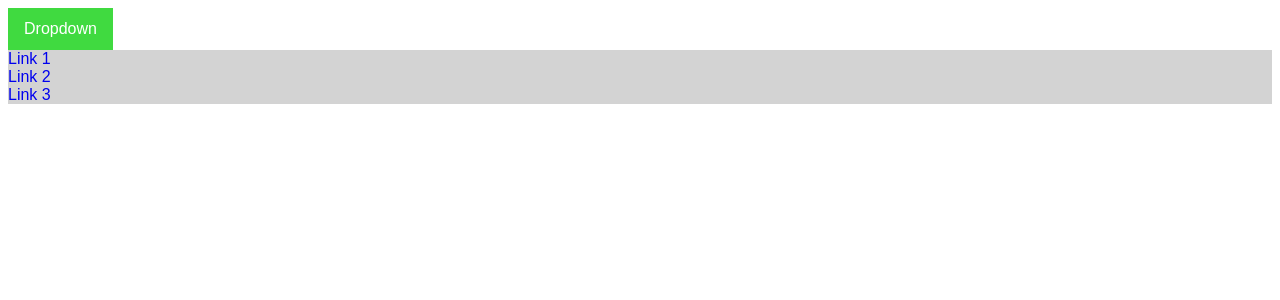
Repository: nvngon2604/Git
Page: web/index.html
An editor plug-in stored every save of this project. The page is shown before and after a run of saves, followed by the edit.
The browser window is 1280 px wide. The pictures show the whole page.

Above is the page before, as saved 2020-05-10 17:32:18.

### web/index.html
<!DOCTYPE html>
<html lang="en">
<head>
    <meta charset="UTF-8">
    <meta name="viewport" content="width=device-width, initial-scale=1.0">
    <title>Document</title>
    <style>
        * {
            font-family: sans-serif;
        }
        .dropdown {
            position: relative;
        }
        .dropbtn {
            background-color: rgb(64, 218, 64);
            color: white;
            border: none;
            padding: 12px 16px;
            font-size: 16px;
        }
        .dropdown button:hover {
            background-color: rgb(51, 155, 51);
        }
        .dropdown-content {
            display: ;
            display: absolute;
            min-width: 160px;
            background-color: rgb(211, 211, 211);
        }
        .dropdown-content a {
            text-decoration: none;
            display: block;
        }
    </style>
</head>
<body>
    <div class="dropdown">
        <div>
            <button type="button" class="dropbtn">Dropdown</button>
        </div>
        <div class="dropdown-content">
            <a href="#">Link 1</a>
            <a href="#">Link 2</a>
            <a href="#">Link 3</a>
        </div>
    </div>
</body>
</html>

After the next 2 saves:
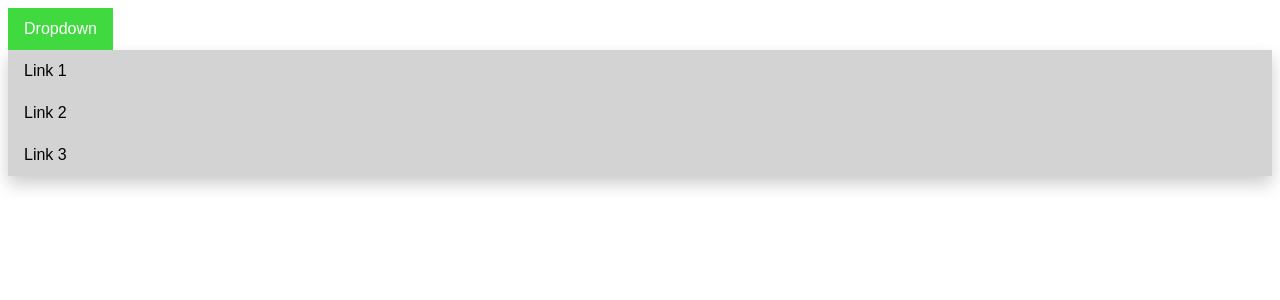
The 2 saves are shown as one change because they came seconds apart.
The last was saved 70 s later.
--- a/web/index.html
+++ b/web/index.html
@@ -26,8 +26,11 @@
             display: absolute;
             min-width: 160px;
             background-color: rgb(211, 211, 211);
+            box-shadow: 0px 8px 16px 0px rgba(0,0,0,0.2);
         }
         .dropdown-content a {
+            color:black;
+            padding: 12px 16px;
             text-decoration: none;
             display: block;
         }
